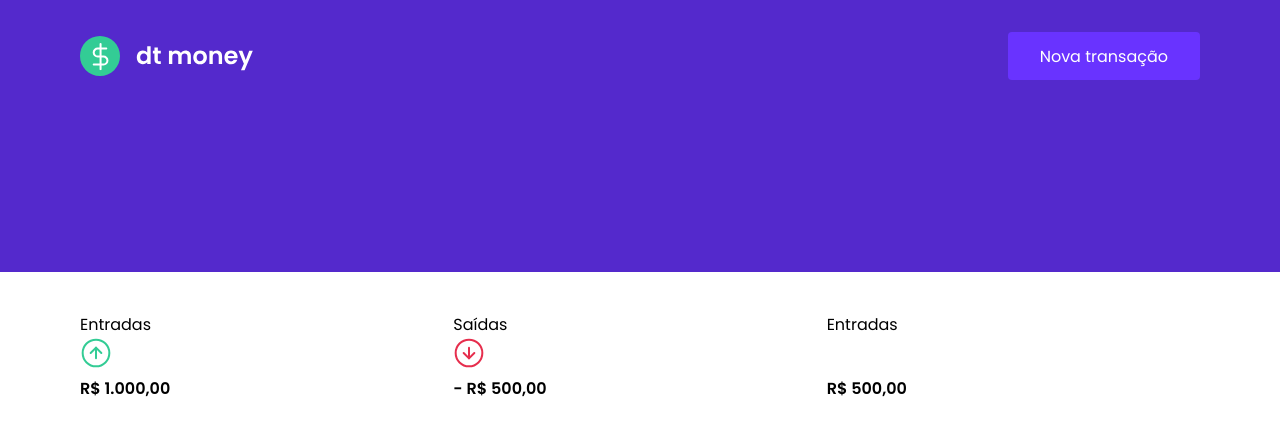
Repository: lucaslopesdevv/dtmoney
Page: /
An editor plug-in stored every save of this project. The page is shown before and after the next save, followed by the edit.
The browser window is 1280 px wide. The pictures show the whole page.
The project was rebuilt for these pictures with package versions that can differ from the ones it lists, and the page was loaded fresh each time.

Above is the page before, as saved 2021-12-06 21:12:29.

### public/index.html
<!DOCTYPE html>
<html lang="en">
  <head>
    <link rel="preconnect" href="https://fonts.googleapis.com">
    <link rel="preconnect" href="https://fonts.gstatic.com" crossorigin>
    <meta charset="utf-8" />
    <meta name="viewport" content="width=device-width, initial-scale=1" />

<Link rel="shortcut icon" href="favicon.png" type="image/png"/>

    <title>Dtmoney</title>
    <link href="https://fonts.googleapis.com/css2?family=Poppins:wght@400;600&family=Roboto:wght@400;700&display=swap" rel="stylesheet">


  </head>
  <body>
    <noscript>You need to enable JavaScript to run this app.</noscript>
    <div id="root"></div>
  </body>
</html>

### src/App.tsx

import { Dashboard } from "./components/Header/Dashboard";
import { Header } from "./components/Header/index";
import { GlobalStyle } from "./styles/global";

export function App() {
  return (
    <>
      <Header />
      <Dashboard />
      <GlobalStyle />
    </>
  );
}

### src/components/Header/Dashboard/index.tsx
import { Summary } from '../../Summary';

import { Container } from './styles';


export function Dashboard() {
    return (
        <Container>
            <Summary />
        </Container>
    );
}

### src/components/Header/index.tsx
import logoImg from '../../assets/logo.svg';
import { Container, Content } from './styles';

export function Header() {
    return (
        <Container>
            <Content>
                <img src={logoImg} alt="dt money" />
                <button type="button">
                    Nova transação
                </button>
            </Content>
        </Container>
    )
}

### src/styles/global.ts
import { createGlobalStyle } from 'styled-components';

export const GlobalStyle = createGlobalStyle`
:root {
    --background: #F0F2F5;
    --red: #e52e4d;
    --blue: #5429cc;
    --blue-light: #6933ff;

    --text-title: #363f5f;
    --text-body: #969cb3;

    --shape: #ffffff;
}
    *{
        margin: 0;
        padding: 0;
        box-sizing: boder-box;
    }

/*font-size: 16px (Desktop)*/

html {
    @media (max-width: 1080px){
        font-size: 93.75%; /*15px*/
    }

    @media (max-width: 720px){
        font-size: 87.5%; /*14px*/
    }
}

    body {
        background-color: var(---background);
        -webkit-font-smoothing: antialiased;
    }

    body, input, textarea, button {
        font-family: 'Poppins', sans-serif;
        font-weight: 400;
    }

    h1, h2, h3, h4, h5, h6, strong{
        font-weight: 600;
    }

    button{
        cursor: pointer;
    }

    [disabled] {
        opacity: 0.6;
        cursor: not-allowed;
    }


`

### src/components/Summary/index.tsx
import incomeImg from '../../assets/income.svg';
import outcomeImg from '../../assets/outcome.svg';
import totalImg from '../../assets/total.svg';

import { Container } from './styles';

export function Summary() {
    return (
        <Container>
            <div>
                <header>
                    <p>Entradas</p>
                    <img src={incomeImg} alt="Entradas" />
                </header>
                <strong>R$ 1.000,00</strong>
            </div>

            <div>
                <header>
                    <p>Saídas</p>
                    <img src={outcomeImg} alt="Saídas" />
                </header>
                <strong>- R$ 500,00</strong>
            </div>

            <div>
                <header>
                    <p>Entradas</p>
                    <img src={totalImg} alt="Total" />
                </header>
                <strong>R$ 500,00</strong>
            </div>
        </Container>
    )
}

### src/components/Header/Dashboard/styles.ts
import styled from "styled-components";

export const Container = styled.main`

    max-width: 1120px;
    margin: 0 auto;
    padding: 2.5rem 1rem;
`;

### src/components/Header/styles.ts
import styled from 'styled-components';

export const Container = styled.header`
background: var(--blue);

`;

export const Content = styled.div`
    max-width: 1120px;
    margin: 0 auto;

    padding: 2rem 1rem 12rem;
    display: flex;
    align-items: center;
    justify-content: space-between;

button{
    font-size: 1rem;
    color: #FFF;
    background: var(--blue-light);
    border: 0;
    padding: 0 2rem;
    border-radius: 0.25rem;
    height: 3rem;

    transition: filter 0.2s;

    &:hover{
        filter: brightness(0.9);
    }
}
`;

### src/components/Summary/styles.ts
import styled from "styled-components";

export const Container = styled.div`
    display: grid;
    grid-template-columns: repeat(3, 1fr);
`;

Loaded but not shown: src/index.tsx (common file)

After the next save:
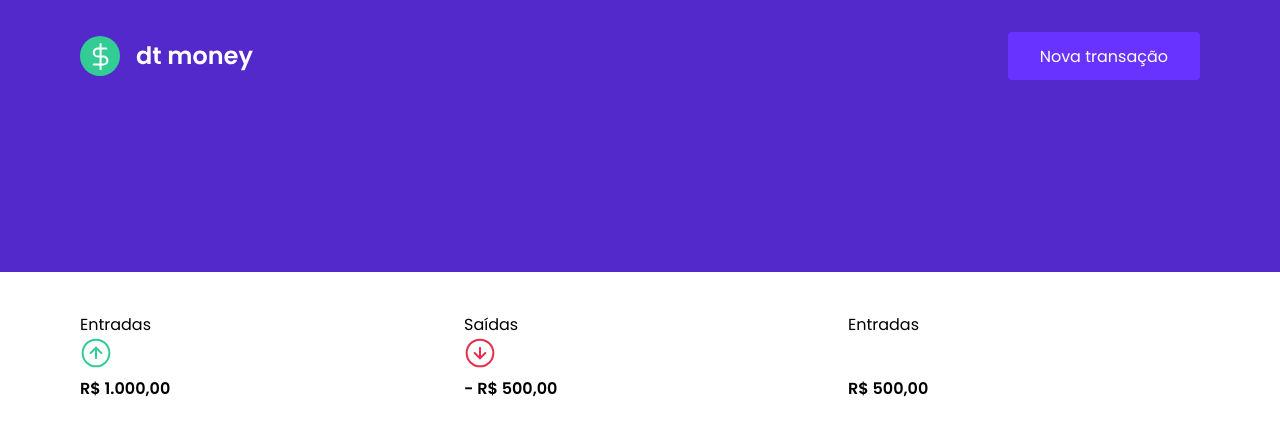
Saved 13 s later.
--- a/src/components/Summary/styles.ts
+++ b/src/components/Summary/styles.ts
@@ -3,4 +3,5 @@ import styled from "styled-components";
 export const Container = styled.div`
     display: grid;
     grid-template-columns: repeat(3, 1fr);
+    gap: 2rem;
 `;
